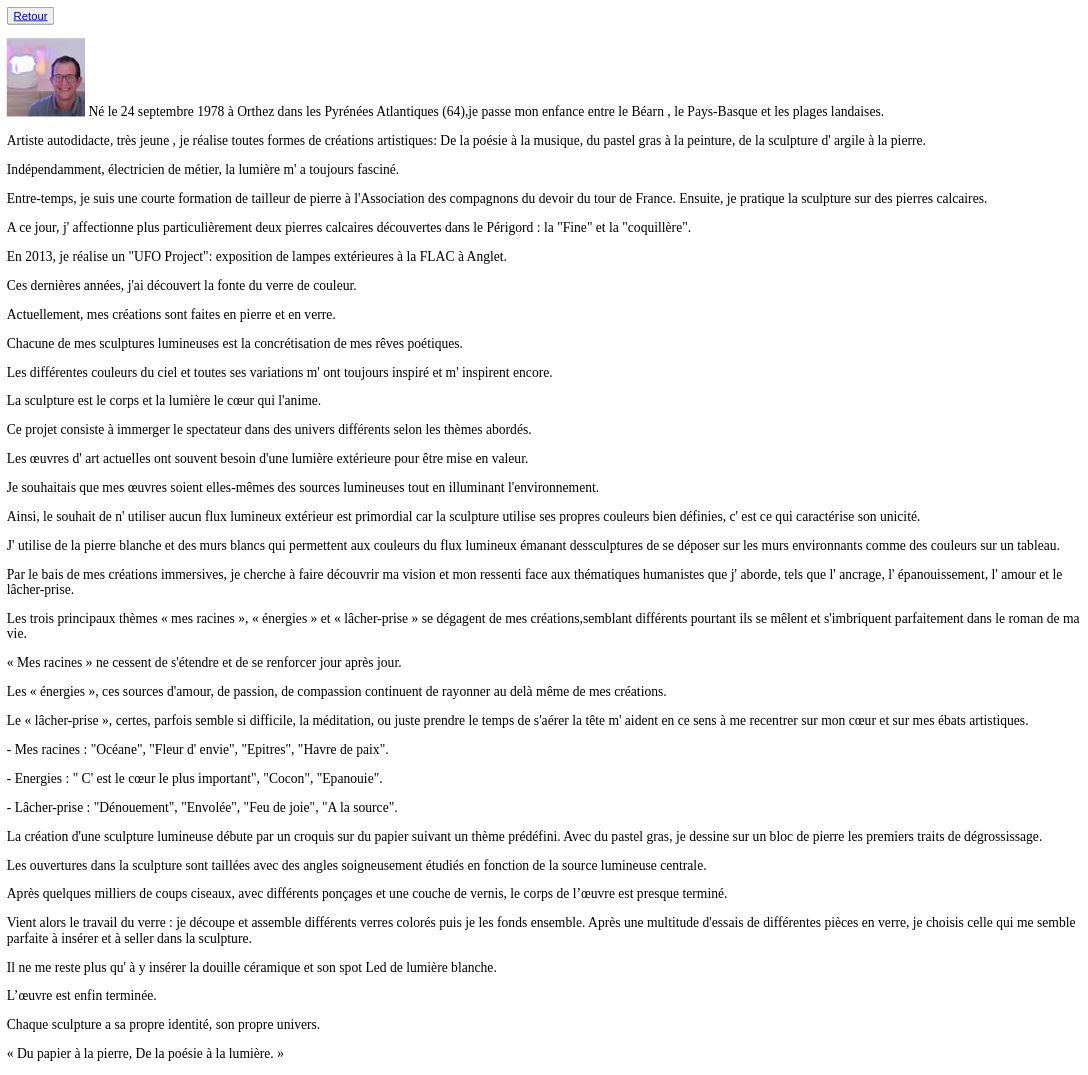
Repository: lysianebo/EricBidart
Page: presentation_more.html
The author's editor kept a copy of each file at every save. The page is drawn from the files as they stood at one save, then again after the next save.
The browser window is 1280 px wide. The pictures show the whole page, at 85% of full size.

Above is the page before, as saved 2023-10-29 10:10:07.

### presentation_more.html
<!DOCTYPE html>
<html lang="en">
<head>
    <meta charset="UTF-8">
    <meta name="viewport" content="width=device-width, initial-scale=1.0">
    <title>Document</title>
    <link rel="stylesheet" href="public/css/style.css">
</head>
<body id="presentation_more">

    <button class="back-button"><a href="presentation.html">Retour</a></button>
    <div id="presentation" class="content" >

        <p class="text"><img src="public/images/happy_moi.jpeg" alt=""> Né le 24 septembre 1978 à Orthez dans les Pyrénées Atlantiques (64),je passe mon enfance entre le Béarn , le Pays-Basque et les plages landaises.</p>
        <p> Artiste autodidacte, très jeune , je réalise toutes formes de créations artistiques: De la poésie à la musique, du pastel gras à la peinture, de la sculpture d' argile à la pierre.</p>
        <p> Indépendamment, électricien de métier, la lumière m' a toujours fasciné.</p>
        <p> Entre-temps, je suis une courte formation de tailleur de pierre à l'Association des compagnons du devoir du
            tour de France. Ensuite, je pratique la sculpture sur des pierres calcaires.</p>
        <p> A ce jour, j' affectionne plus particulièrement deux pierres calcaires découvertes dans le Périgord : la
            "Fine" et la "coquillère".</p>
        <p> En 2013, je réalise un "UFO Project": exposition de lampes extérieures à la FLAC à Anglet.</p>
        <p> Ces dernières années, j'ai découvert la fonte du verre de couleur.</p>
        <p> Actuellement, mes créations sont faites en pierre et en verre.</p>
        <p>Chacune de mes sculptures lumineuses est la concrétisation de mes rêves poétiques.</p>
    </div>
    <div class="content" id="demarche">
        <p>Les différentes couleurs du ciel et toutes ses variations m' ont toujours inspiré et m' inspirent encore.</p>
        <p>La sculpture est le corps et la lumière le cœur qui l'anime.</p>
        <p>Ce projet consiste à immerger le spectateur dans des univers différents selon les thèmes abordés.</p>
        <p>Les œuvres d' art actuelles ont souvent besoin d'une lumière extérieure pour être mise en valeur.</p>
        <p>Je souhaitais que mes œuvres soient elles-mêmes des sources lumineuses tout en illuminant l'environnement.</p>
        <p>Ainsi, le souhait de n' utiliser aucun flux lumineux extérieur est primordial car la sculpture utilise ses propres couleurs bien définies, c' est ce qui caractérise son unicité.</p>
        <p>J' utilise de la pierre blanche et des murs blancs qui permettent aux couleurs du flux lumineux émanant dessculptures de se déposer sur les murs environnants comme des couleurs sur un tableau.</p>
        <p>Par le bais de mes créations immersives, je cherche à faire découvrir ma vision et mon ressenti face aux thématiques humanistes que j' aborde, tels que l' ancrage, l' épanouissement, l' amour et le lâcher-prise.</p>
        <p>Les trois principaux thèmes « mes racines », « énergies » et « lâcher-prise » se dégagent de mes créations,semblant différents pourtant ils se mêlent et s'imbriquent parfaitement dans le roman de ma vie.</p>
        <p>« Mes racines » ne cessent de s'étendre et de se renforcer jour après jour.</p>
        <p>Les « énergies », ces sources d'amour, de passion, de compassion continuent de rayonner au delà même de mes créations.</p>
        <p>Le « lâcher-prise », certes, parfois semble si difficile, la méditation, ou juste prendre le temps de s'aérer la tête m' aident en ce sens à me recentrer sur mon cœur et sur mes ébats artistiques.</p>
        <p>- Mes racines : "Océane", "Fleur d' envie", "Epitres", "Havre de paix".</p>
        <p>- Energies : " C' est le cœur le plus important", "Cocon", "Epanouie".</p>
        <p>- Lâcher-prise : "Dénouement", "Envolée", "Feu de joie", "A la source".</p>
    </div>
    <div class="content" id="technique">
        <p>La création d'une sculpture lumineuse débute par un croquis sur du papier suivant un thème prédéfini. Avec du pastel gras, je dessine sur un bloc de pierre les premiers traits de dégrossissage. </p>
        <p>Les ouvertures dans la sculpture sont taillées avec des angles soigneusement étudiés en fonction de la source
            lumineuse centrale.</p>
        <p>Après quelques milliers de coups ciseaux, avec différents ponçages et une couche de vernis,
            le corps de l’œuvre est presque terminé.</p>
        <p> Vient alors le travail du verre : je découpe et assemble différents verres colorés puis je les fonds ensemble.
            Après une multitude d'essais de différentes pièces en verre, je choisis celle qui me semble parfaite à insérer
            et à seller dans la sculpture.</p>
        <p>Il ne me reste plus qu' à y insérer la douille céramique et son spot Led de lumière blanche.</p>
        <p> L’œuvre est enfin terminée.</p>
        <p> Chaque sculpture a sa propre identité, son propre univers.</p>
        <p> « Du papier à la pierre, De la poésie à la lumière. »</p>
    </div>
</body>
</html>

### public/css/style.css
/* @import url("https://fonts.googleapis.com/css2?family=Belanosima:wght@400;700&family=Noto+Sans&family=Outfit&family=Rubik:wght@400;500;700&display=swap"); */
/*# sourceMappingURL=style.css.map */

After the next save:
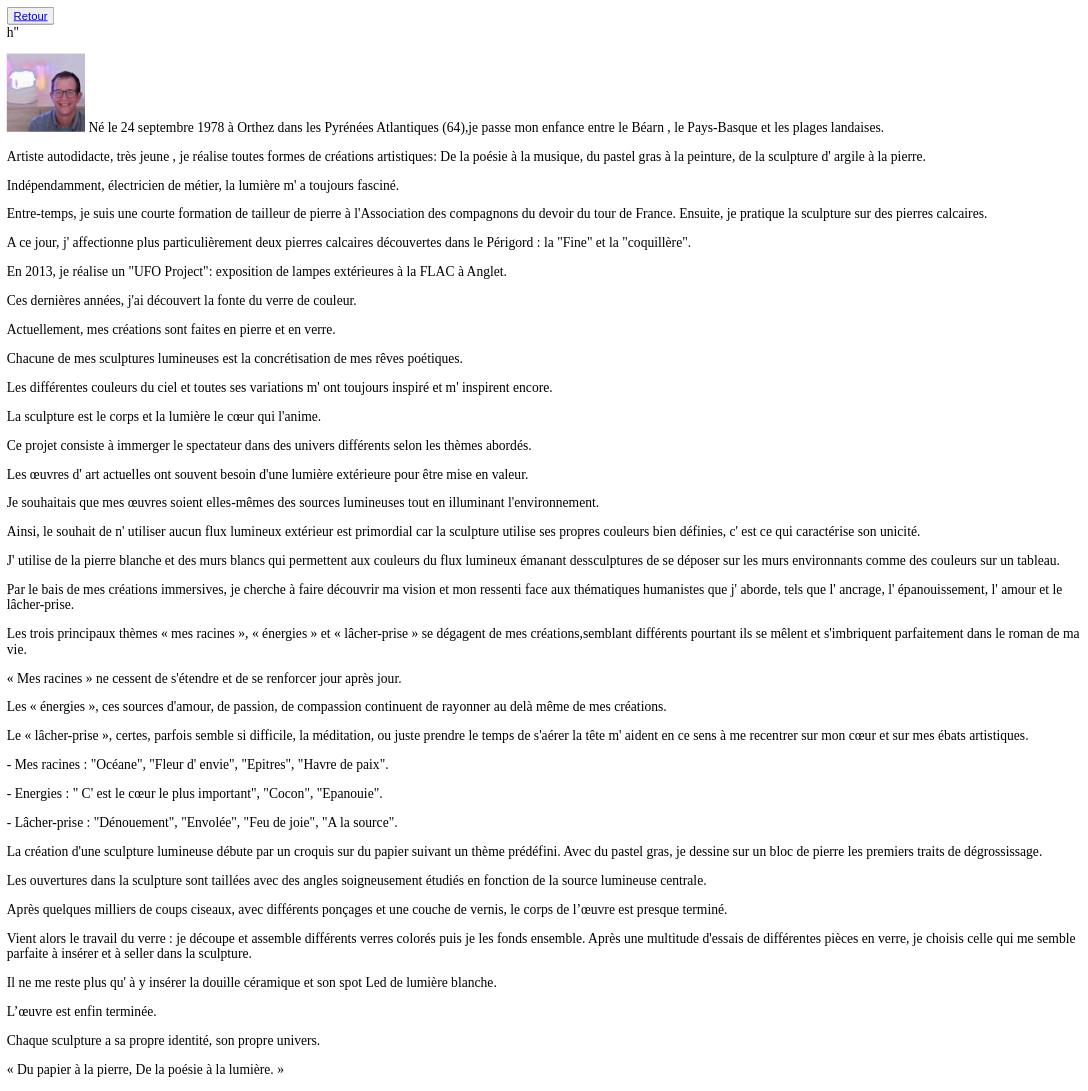
Saved 9 s later.
--- a/presentation_more.html
+++ b/presentation_more.html
@@ -10,7 +10,7 @@
 
     <button class="back-button"><a href="presentation.html">Retour</a></button>
     <div id="presentation" class="content" >
-
+        h"
         <p class="text"><img src="public/images/happy_moi.jpeg" alt=""> Né le 24 septembre 1978 à Orthez dans les Pyrénées Atlantiques (64),je passe mon enfance entre le Béarn , le Pays-Basque et les plages landaises.</p>
         <p> Artiste autodidacte, très jeune , je réalise toutes formes de créations artistiques: De la poésie à la musique, du pastel gras à la peinture, de la sculpture d' argile à la pierre.</p>
         <p> Indépendamment, électricien de métier, la lumière m' a toujours fasciné.</p>
